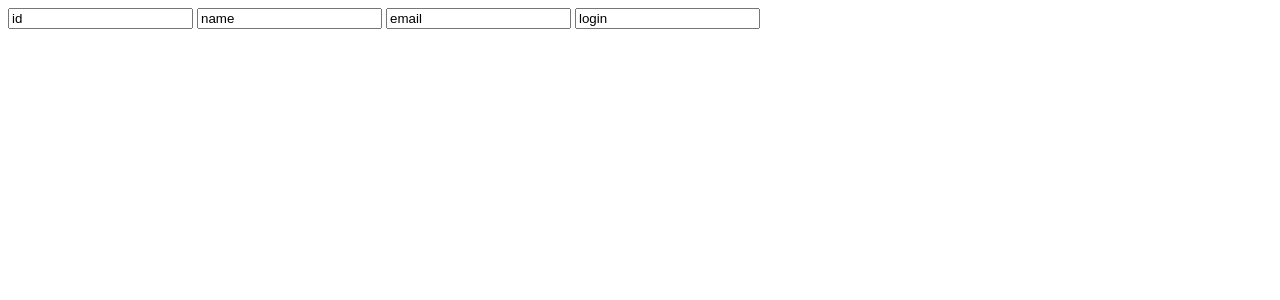
Repository: shalini66/jdbc
Page: http://localhost/springmvc/form.jsp
The author's editor kept a copy of each file at every save. The page is drawn from the files as they stood at one save, then again after the next save.
The browser window is 1280 px wide. The pictures show the whole page.
The page is served by Tomcat 9.

Above is the page before, as saved 2020-03-09 10:05:22.

After the next save:
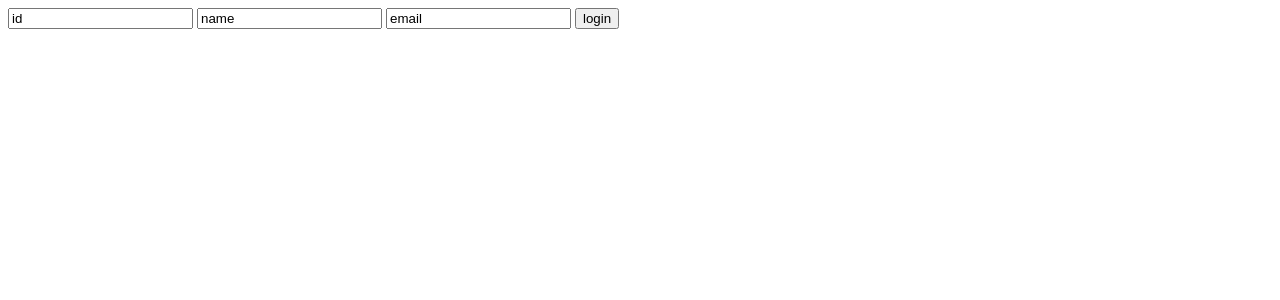
Saved 45 s later.
--- a/springmvc/src/main/webapp/form.jsp
+++ b/springmvc/src/main/webapp/form.jsp
@@ -11,7 +11,7 @@
 <input name="id" type="text" placeholder="enter id" value="id">
 <input name="name" type="text" placeholder="enter name" value="name">
 <input name="email" type="text" place-holder="enter your mail" value="email">
-<input name="submit" value="login">
+<input name="submit" type="submit" value="login">
 </form>
 </body>
 </html>
